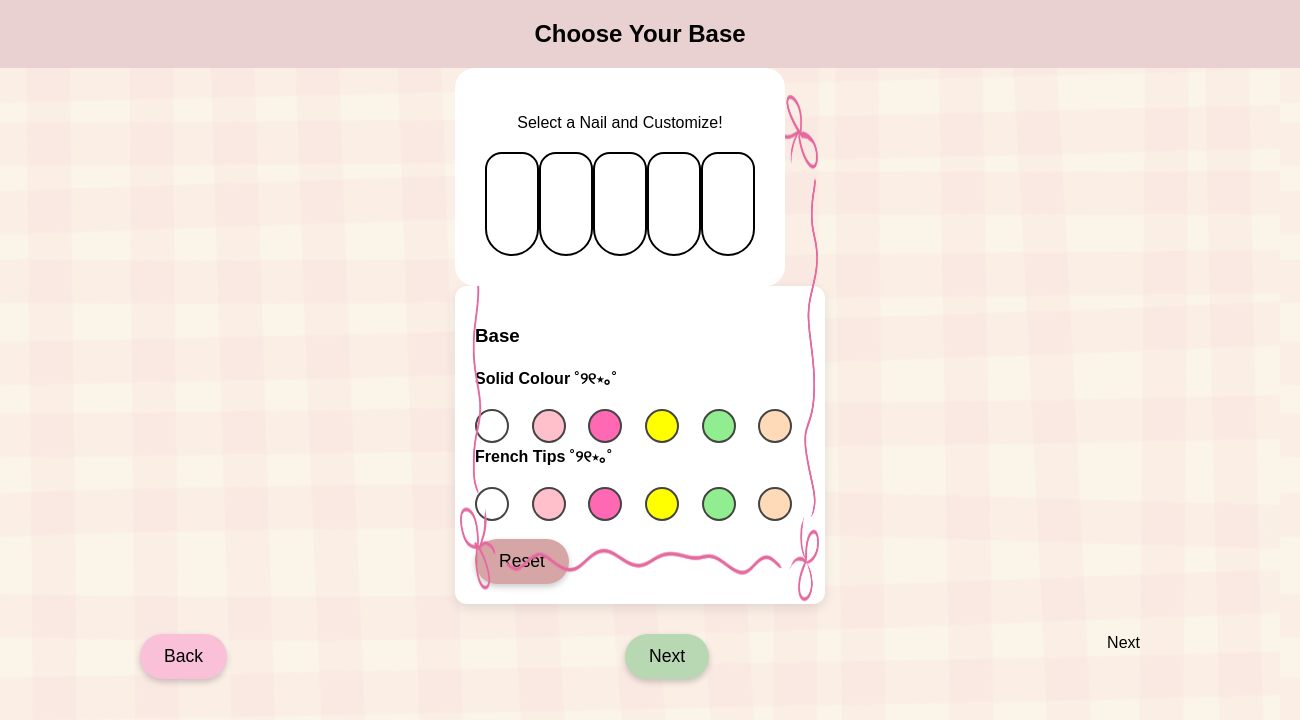
Repository: amolwalia/Fluidity-Lab
Page: basepaint.html
These files come from the project's save history. The page is drawn as it stood at one moment and after the next save; the edit follows.
The browser window is 1280 px wide. The page is 1300 px wide, so the pictures cover 1300 px, including what lies to the right of the window. The pictures show the whole page.

Above is the page before, as saved 2025-05-11 19:49:46.

After the next save:
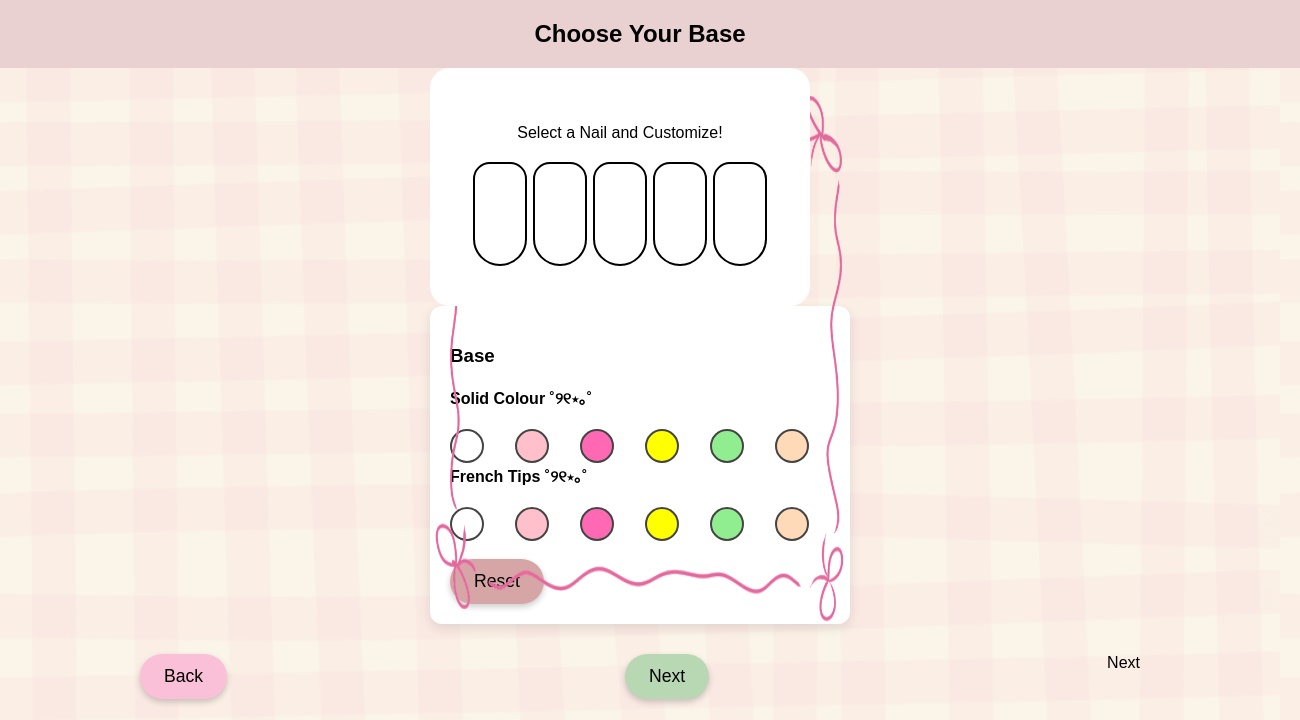
Saved 8 s later.
--- a/styles/basepaints.css
+++ b/styles/basepaints.css
@@ -47,7 +47,8 @@ header {
   z-index: 2;
   background: white;
   border-radius: 20px;
-  padding: 30px;
+  padding: 40px;
+  min-width: 300px;
 }
 
 /* .nail-area, */
